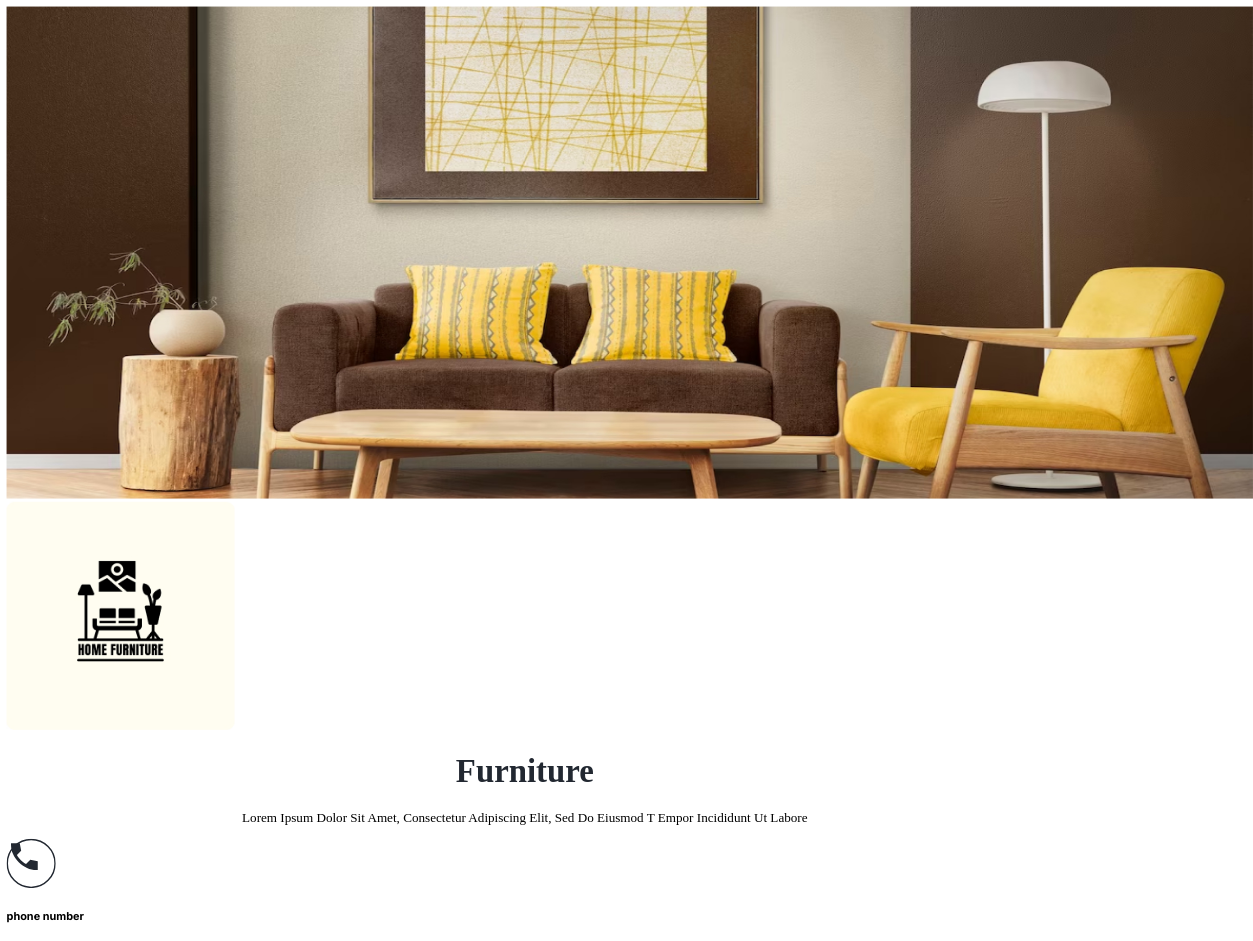
Repository: nikita120402/next13-deploy
Page: /
These files come from the project's save history. The page is drawn as it stood at one moment and after the next save; the edit follows.
The browser window is 1280 px wide. The page is 1528 px wide, so the pictures cover 1528 px, including what lies to the right of the window. The pictures show the whole page, at 82% of full size.
The project was rebuilt for these pictures with package versions that can differ from the ones it lists, and the page was loaded fresh each time. The framework's server and built-in components were replaced by stand-ins that run in the browser. Also part of the build but not shown: next.config.js, src/app/Design.module.css.

Above is the page before, as saved 2023-08-02 14:26:35.

After the next save:
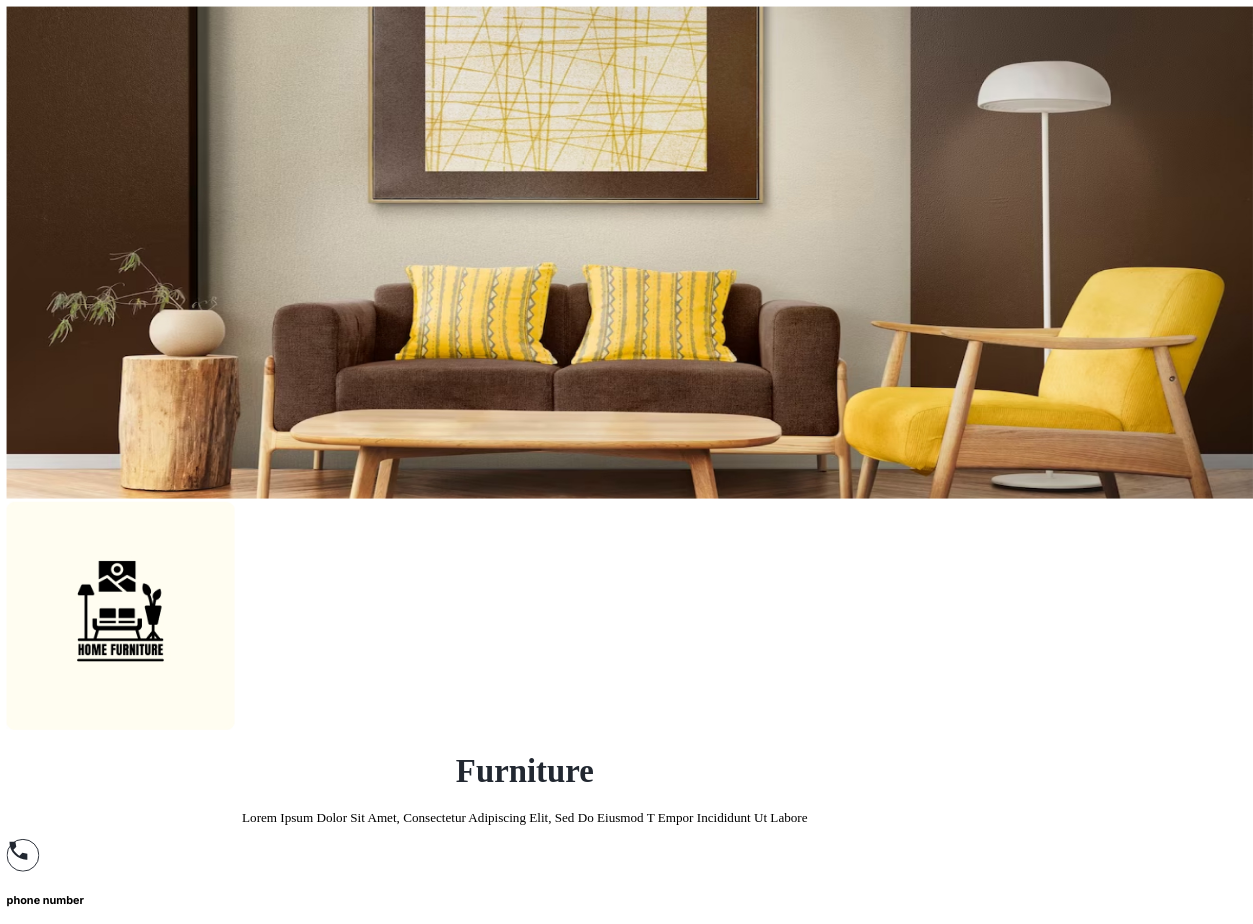
Saved 12 s later.
--- a/src/app/page.tsx
+++ b/src/app/page.tsx
@@ -19,7 +19,7 @@ export default function Page() {
           <h1>Furniture</h1>
           <p>Lorem ipsum dolor sit amet, consectetur adipiscing elit, sed do eiusmod t empor incididunt ut labore </p>
 
-          <svg xmlns="http://www.w3.org/2000/svg" width="60" height="60" viewBox="0 0 69 69" fill="none">
+          <svg xmlns="http://www.w3.org/2000/svg" width="40" height="40" viewBox="0 0 69 69" fill="none">
   <circle cx="34.5" cy="34.5" r="33.5" fill="white" stroke="#222831" stroke-width="2"/>
   <svg xmlns="http://www.w3.org/2000/svg" width="50" height="50" viewBox="0 0 33 33" fill="none">
   <path d="M27.4313 28.875C24.5667 28.875 21.731 28.2563 18.9241 27.0187C16.1173 25.7812 13.5676 24.0167 11.275 21.725C8.98333 19.4333 7.21875 16.8896 5.98125 14.0938C4.74375 11.2979 4.125 8.45625 4.125 5.56875V4.125H12.2375L13.5094 11.0344L9.59062 14.9875C10.0948 15.8812 10.6562 16.7292 11.275 17.5312C11.8937 18.3333 12.5583 19.0781 13.2687 19.7656C13.9333 20.4302 14.6612 21.0664 15.4522 21.6741C16.2433 22.2819 17.0968 22.8488 18.0125 23.375L22 19.3875L28.875 20.7969V28.875H27.4313Z" fill="#222831"/>
